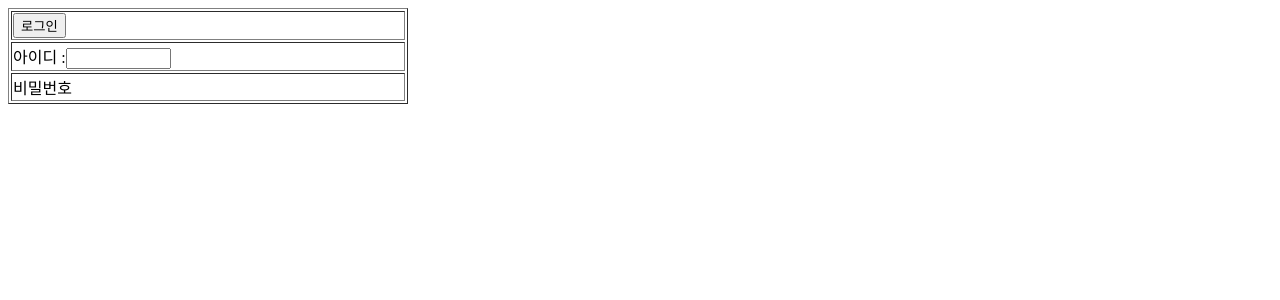
Repository: bbseok97/HTML
Page: HTML/src/main/webapp/test.html
The author's editor kept a copy of each file at every save. The page is drawn from the files as they stood at one save, then again after the next save.
The browser window is 1280 px wide. The pictures show the whole page.

Above is the page before, as saved 2024-04-04 04:21:02.

### HTML/src/main/webapp/test.html
<!DOCTYPE html>
<html>
	<head>
		<meta charset="UTF-8">
		<title></title>
	</head>
	<body>
		<form action="">
		<table border="1" width="400">
				<tr>
					<td>
						<input type="button" value="로그인">
					</td>
				</tr>
				<tr>
					<td>
						아이디 :<input type="text" size="10">
					</td>
				</tr>
				<tr>
					<td>
						비밀번호
					</td>
				</tr>
			</table>
		</form>
	</body>
</html>

After the next save:
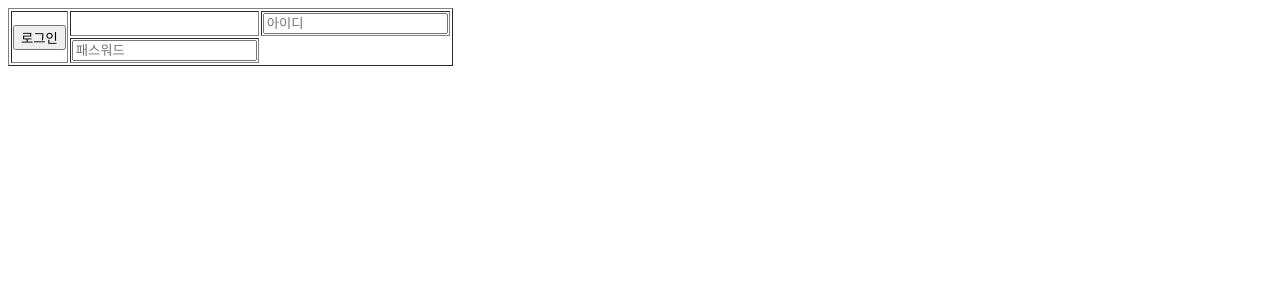
Saved 59 min 4 s later.
--- a/HTML/src/main/webapp/test.html
+++ b/HTML/src/main/webapp/test.html
@@ -7,22 +7,14 @@
 	<body>
 		<form action="">
 		<table border="1" width="400">
-				<tr>
-					<td>
-						<input type="button" value="로그인">
-					</td>
-				</tr>
-				<tr>
-					<td>
-						아이디 :<input type="text" size="10">
-					</td>
-				</tr>
-				<tr>
-					<td>
-						비밀번호
-					</td>
-				</tr>
-			</table>
+			<tr>
+				<td rowspan="2"><input type="button" value="로그인"><td>
+				<td><input type="text" placeholder="아이디"></td>
+			</tr>
+			<tr>
+				<td><input type="password" placeholder="패스워드"></td>
+			</tr>
+		</table>
 		</form>
 	</body>
 </html>
